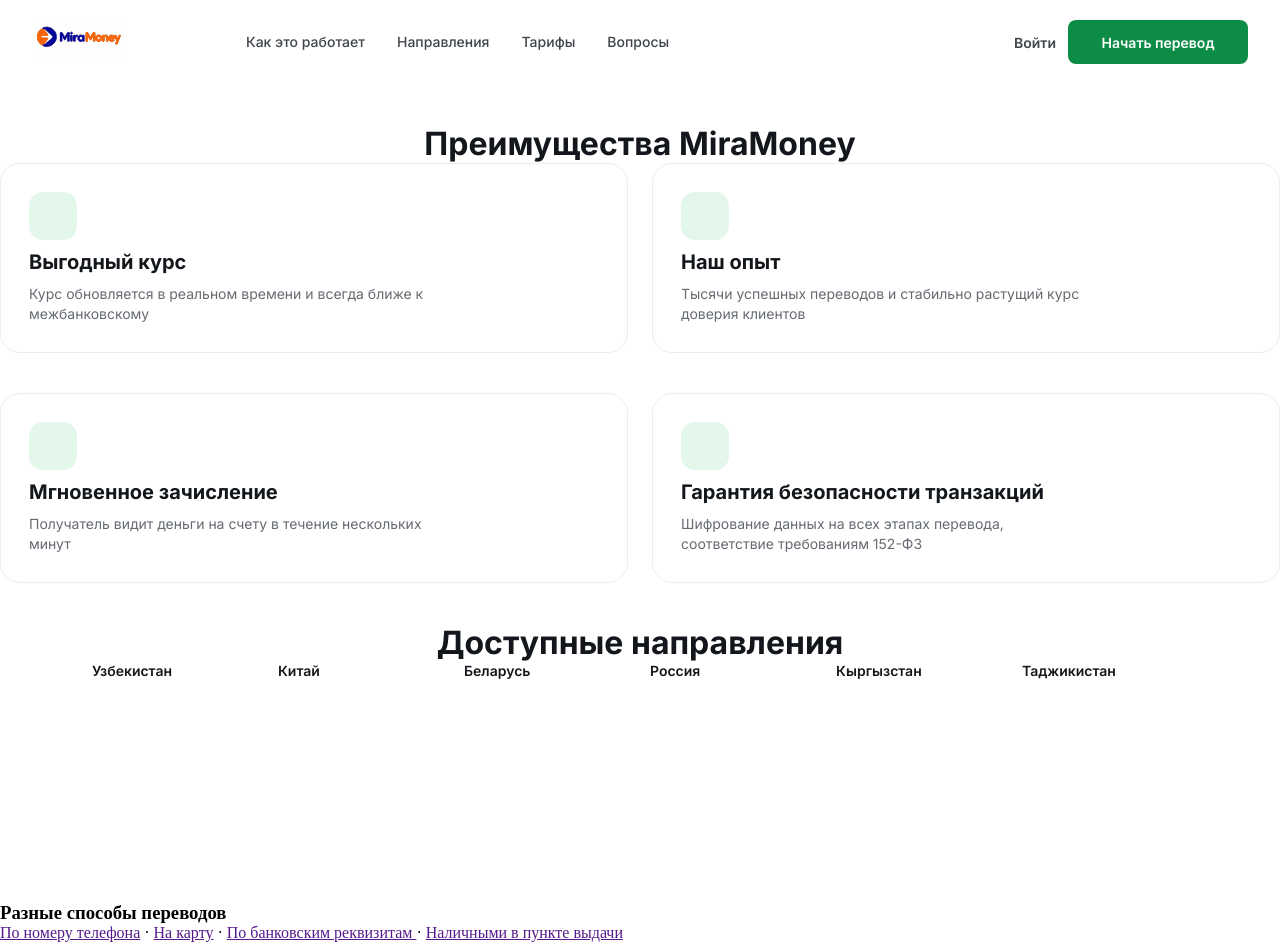
Repository: Shaiyr1/mira-money
Page: index.html
These files come from the project's save history. The page is drawn as it stood at one moment and after a run of saves; the edit follows.
The browser window is 1280 px wide. The pictures show the whole page.

Above is the page before, as saved 2026-10-20 16:52:20.

After the next 2 saves:
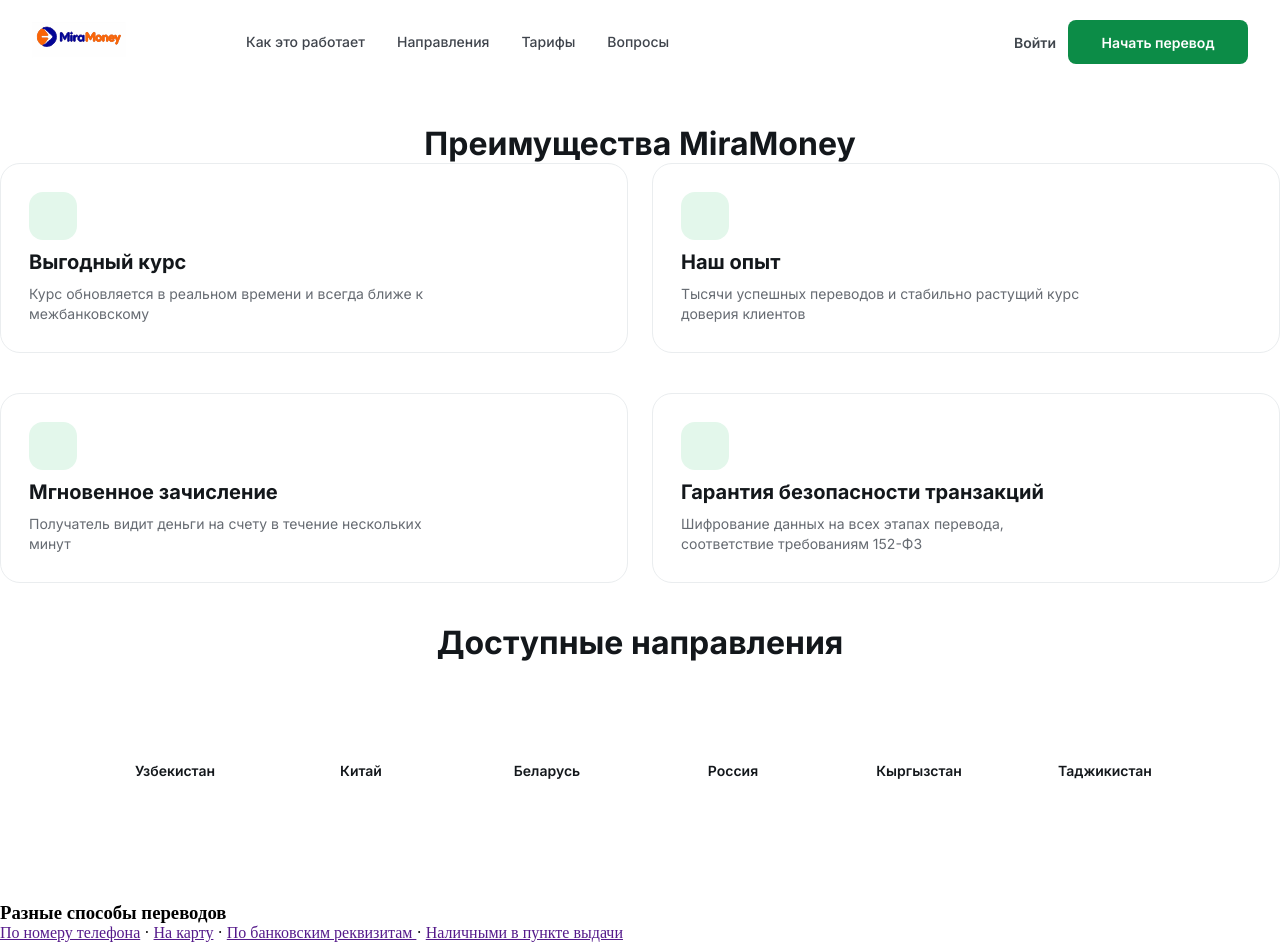
The 2 saves are shown as one change because they came seconds apart.
The last was saved 36 s later.
--- a/src/css/style.css
+++ b/src/css/style.css
@@ -174,8 +174,9 @@
 }
 
 .description-item__country {
+    margin-top: 100px;
     color: #13171b;
-    text-align: left;
+    text-align: center;
     vertical-align: text-top;
     font-size: 14px;
     font-family: Inter;
